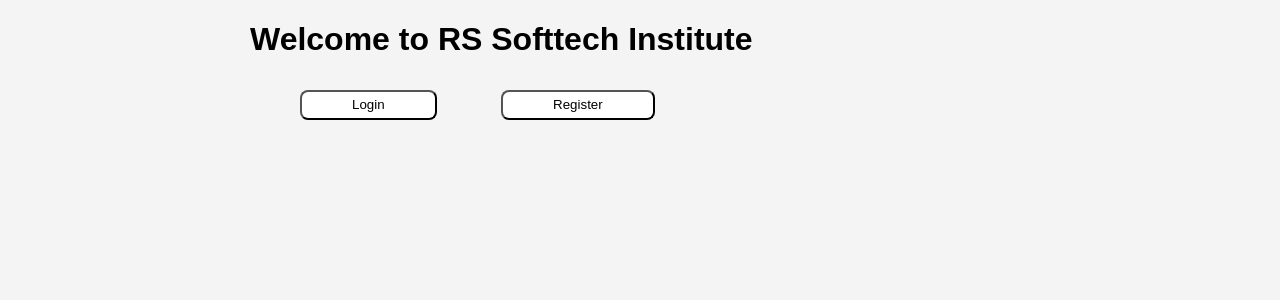
Repository: kkale14/My_allpr
Page: Kalyani1/src/main/webapp/Newpage.html
An editor plug-in stored every save of this project. The page is shown before and after the next save, followed by the edit.
The browser window is 1280 px wide. The pictures show the whole page.

Above is the page before, as saved 2025-03-03 09:34:50.

After the next save:
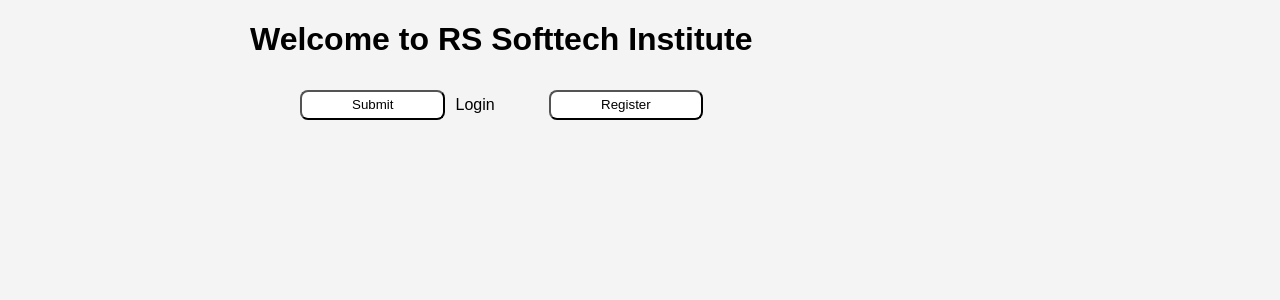
Saved 20 s later.
--- a/Kalyani1/src/main/webapp/Newpage.html
+++ b/Kalyani1/src/main/webapp/Newpage.html
@@ -36,7 +36,7 @@
 
 <h1> Welcome to RS Softtech Institute </h1>
 <label for="student"></label>
- <button class ="container" type="submit" value="Submit">Login</button>
+ <input type="button" class ="container" type="submit" value="Submit">Login</button>
  <button class= "container" type="submit" value="Submit">Register</button>
 
 
